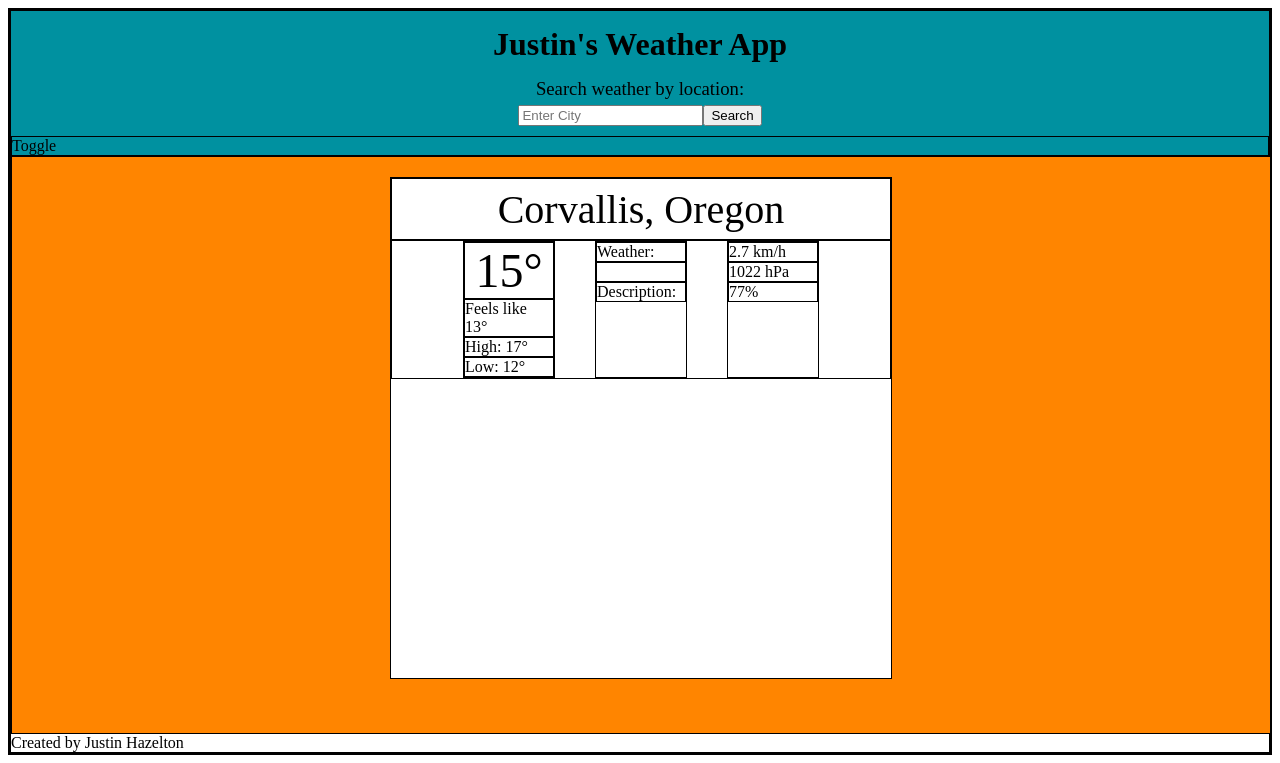
Repository: J-Haze/Weather
Page: /
The author's editor kept a copy of each file at every save. The page is drawn from the files as they stood at one save, then again after the next save.
The browser window is 1280 px wide. The pictures show the whole page.
The project was rebuilt for these pictures with package versions that can differ from the ones it lists, and the page was loaded fresh each time. Also part of the build but not shown: src/index.css.

Above is the page before, as saved 2020-09-06 20:27:16.

### public/index.html
<!DOCTYPE html>
<html lang="en">
  <head>
    <meta charset="utf-8" />
    <link rel="icon" href="%PUBLIC_URL%/favicon.ico" />
    <meta name="viewport" content="width=device-width, initial-scale=1" />
    <meta name="theme-color" content="#000000" />
    <meta
      name="description"
      content="Web site created using create-react-app"
    />
    <link rel="apple-touch-icon" href="%PUBLIC_URL%/logo192.png" />
    <!--
      manifest.json provides metadata used when your web app is installed on a
      user's mobile device or desktop. See https://developers.google.com/web/fundamentals/web-app-manifest/
    -->
    <link rel="manifest" href="%PUBLIC_URL%/manifest.json" />
    <!--
      Notice the use of %PUBLIC_URL% in the tags above.
      It will be replaced with the URL of the `public` folder during the build.
      Only files inside the `public` folder can be referenced from the HTML.

      Unlike "/favicon.ico" or "favicon.ico", "%PUBLIC_URL%/favicon.ico" will
      work correctly both with client-side routing and a non-root public URL.
      Learn how to configure a non-root public URL by running `npm run build`.
    -->
    <title>Weather App ⛅</title>
  </head>
  <body>
    <noscript>You need to enable JavaScript to run this app.</noscript>
    <div id="root"></div>
    <!--
      This HTML file is a template.
      If you open it directly in the browser, you will see an empty page.

      You can add webfonts, meta tags, or analytics to this file.
      The build step will place the bundled scripts into the <body> tag.

      To begin the development, run `npm start` or `yarn start`.
      To create a production bundle, use `npm run build` or `yarn build`.
    -->
  </body>
</html>

### src/App.js
import React from "react";
import "./App.css";
import Weather from "./components/Weather"
// import Results from "./components/Results"

function App() {
  return (
    <div className="App" >
        <Weather />
    </div >
  )

}

export default App;

### src/App.css
:root{
    --light-blue: rgb(0,145,160);
    --orange: rgb(255, 133, 0);
    --dark-blue: rgb(0, 39, 96);
}

div {
    border: solid black 1px;
}

/* #root{
        width: 100%;
        height: 100%;
        bottom: 0px;
}

#app{
        width: 100%;
        height: 100%;
        bottom: 0px;
} */

header{
    background-color: var(--light-blue);
    display: flex;
    flex-direction: column;
    margin-left: auto;
    margin-right: auto;
    justify-content: center;
}

#title{
    display: flex;
    margin-left: auto;
    margin-right: auto;
    justify-content: center;
    /* align-items: center; */
    font-size: 2em;
    margin-top: 15px;
    margin-bottom: 15px;
    font-weight: bold;

    border: none;
}

#subtitle{
    display: flex;
    justify-content: center;
     align-items: center;
     margin-top: none;
     margin-bottom: 5px;;
    font-size: 1.17em;

    border: none;
}

#form{
    display: flex;
    margin-bottom: 10px;
}

#search-box{
    display: flex;
        margin-left: auto;
    justify-content: center;
     align-items: center;

}

#search-button{
    margin-right: auto;

      position: relative;
  /* width: 30px; */
  /* height: 30px;
  line-height: 30px; */
  color: black;
  /* flex-shrink: 0; */
}

#fa-search-location{
    display: flex;
    height: 100%;
    width: 100%;
    color: black;
}

#results-section{
    background-color: var(--orange);
    width: 100%;
    margin-top: 0px;
    height: 100%;
    min-height: 80vh;
}



#results-card{
    background-color: white;
    width: 500px;
    height: 500px;
    margin-top: 20px;
    margin-left: auto;
    margin-right: auto;
}

.location{
    display: flex;
    margin-left: auto;
    margin-right: auto;
    justify-content: center;
     align-items: center;
     height: 60px;
     font-size: 2.5em;
}

.row{
    display: flex;
}

.temp-container{
    margin-left: auto;
    width: 90px;
}

.weather-container{
    margin-left: 40px;
    margin-right: 40px;
    width: 90px;
}

.other-container{
    margin-right: auto;
    width: 90px;
}

.temp-main{
    display: flex;
    font-size: 3em;
    justify-content: center;
    align-items: center;
}

.temp{
}

### src/components/Weather.js
import React from 'react';
// import getWeather from "./getWeather";
import { useState, useEffect } from 'react';
import "../App.css";
// import { getIconClass, makeDate } from '../Helpers';

//Weather Icons
import sun from '../assets/icons/01n.png'
import cloud from '../assets/icons/02n.png'
import scatteredCloud from '../assets/icons/03n.png'
import brokenCloud from '../assets/icons/04n.png'
import rain from '../assets/icons/09n.png'
import heavyRain from '../assets/icons/10n.png'
import thunderstorm from '../assets/icons/11n.png'
import snow from '../assets/icons/13n.png'
import mist from '../assets/icons/50n.png'


const Weather = () => {

    let [error, setError] = useState(false);
    let [loading, setLoading] = useState(false);
    let [errorMessage, setErrorMessage] = useState("");

    let [location, setLocation] = useState("");
    const [data, setData] = useState(null);
    const [url, setUrl] = useState("")

    const [city, setCity] = useState("");
    const [country, setCountry] = useState("");
    const [weather, setWeather] = useState("");
    const [description, setDescription] = useState("");
    const [icon, setIcon] = useState("");
    const [pressure, setPressure] = useState("");
    const [humidity, setHumidity] = useState("");
    const [wind, setWind] = useState("");

    const [temp, setTemp] = useState("");
    const [max, setMax] = useState("");
    const [min, setMin] = useState("");
    const [feel, setFeel] = useState("");

    // const [searched, setSearched] = useState("false")

    //to keep API hidden:
    //const API_KEY = process.env.REACT_APP_API_KEY;
    const API_KEY = process.env.REACT_APP_API_KEY;


    const handleChange = (event) => {
        event.preventDefault();
        setLocation(event.target.value);
        console.log("event.target.value:", event.target.value)
    };

    const handleSubmit = (event) => {
        event.preventDefault();
        let urlInput = `https://api.openweathermap.org/data/2.5/weather?q=${location}&appid=${API_KEY}`
        setUrl(urlInput)
    };

    useEffect(() => {
        if (!url) return;
        console.log("url:", url)
        const fetchWeather = async () => {
            setLoading(true);
            setError(false);
            try {
                const response = await fetch(url);
                const data = await response.json();
                console.log()
                if (data.cod !== 200) throw new Error(`${data.cod}: ${data.message}`);
                setData(data);
                setCity(data.name);
                setCountry(data.sys.country)
                // date: makeDate(),
                setWeather(data.weather[0].main);
                setDescription(data.weather[0].description);
                setIcon(data.weather[0].icon)
                //^^ get picture based on what the icon is
                setPressure(data.main.pressure);
                setHumidity(data.main.humidity);
                setWind(data.wind.speed);
                setTemp(data.main.temp);
                setMax(data.main['temp_max']);
                setMin(data.main['temp_min']);
                setFeel(data.main['feels_like']);
            } catch (error) {
                setError(true);
                setErrorMessage(error.message);
                console.log(error);
            }
        };
        setLoading(false);
        fetchWeather();
    },
        [url]
    );

    const weatherIcons = {
        '01n': sun,
        '02n': cloud,
        '03n': scatteredCloud,
        '04n': brokenCloud,
        '09n': rain,
        '10n': heavyRain,
        '11n': thunderstorm,
        '13n': snow,
        '50n': mist
    };


    // function toCelsius(fahrenheit) {
    //     return (fahrenheit - 32) * 5 / 9;
    // }

    // function toFahrenheit(celsius) {
    //     return (celsius * 9 / 5) + 32;
    // }


    console.log(error, loading, errorMessage, data)

    return (
        <div id="app">
            <header id="header">
                <div id="title" >Justin's Weather App</div>
                <div id="subtitle"> Search weather by location:</div>
                <form onSubmit={handleSubmit} id="form">
                    <input
                        type="text"
                        name="location"
                        placeholder="Enter City"
                        maxLength="50"
                        value={location || ""}
                        onChange={handleChange}
                        id="search-box"
                    />
                    <button type="submit" id="search-button">
                        <i className="fas fa-search-location"></i>
                        Search
                    </button>
                </form>
                <div> Toggle </div>
            </header>
            <div id="results-section">
                <div id="results-card">
                    <div className="location">
                        {`Corvallis, Oregon${city}${country}`}
                    </div>

                    <div className="row">
                        <div className="temp-container">
                            <div className="temp-main">15&#176; {temp}</div>
                            <div className="feel temp">Feels like 13&#176; {feel}</div>
                            <div className="max temp">High: 17&#176; {max}</div>
                            <div className="min temp">Low: 12&#176; {min}</div>

                        </div>

                        <div className="weather-container">
                            <div className="weather"> Weather: {weather} </div>
                            <div className="icon"><img src={weatherIcons[icon]} /></div>
                            <div className="description">Description: {description}</div>
                        </div>

                        <div className="other-container">
                            <div className="wind">2.7 km/h {wind}</div>
                            <div className="pressure">1022 hPa {pressure}</div>
                            <div className="humidity">77% {humidity}</div>
                        </div>
                    </div>
                </div>
            </div>
            <footer>
                Created by Justin Hazelton
            </footer>
        </div>
    )

}

export default Weather

Loaded but not shown: src/index.js (common file); src/serviceWorker.js (common file)

After the next save:
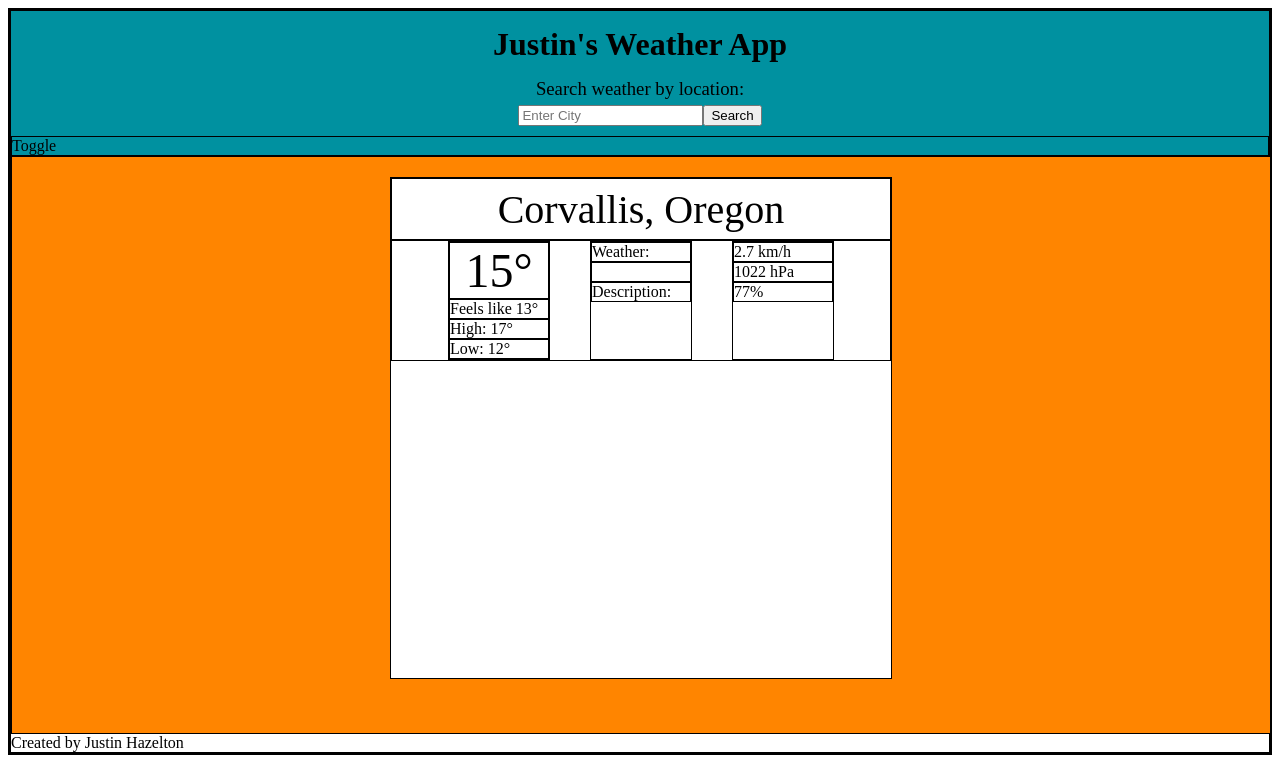
Saved 34 s later.
--- a/src/App.css
+++ b/src/App.css
@@ -120,18 +120,18 @@ header{
 
 .temp-container{
     margin-left: auto;
-    width: 90px;
+    width: 100px;
 }
 
 .weather-container{
     margin-left: 40px;
     margin-right: 40px;
-    width: 90px;
+    width: 100px;
 }
 
 .other-container{
     margin-right: auto;
-    width: 90px;
+    width: 100px;
 }
 
 .temp-main{
